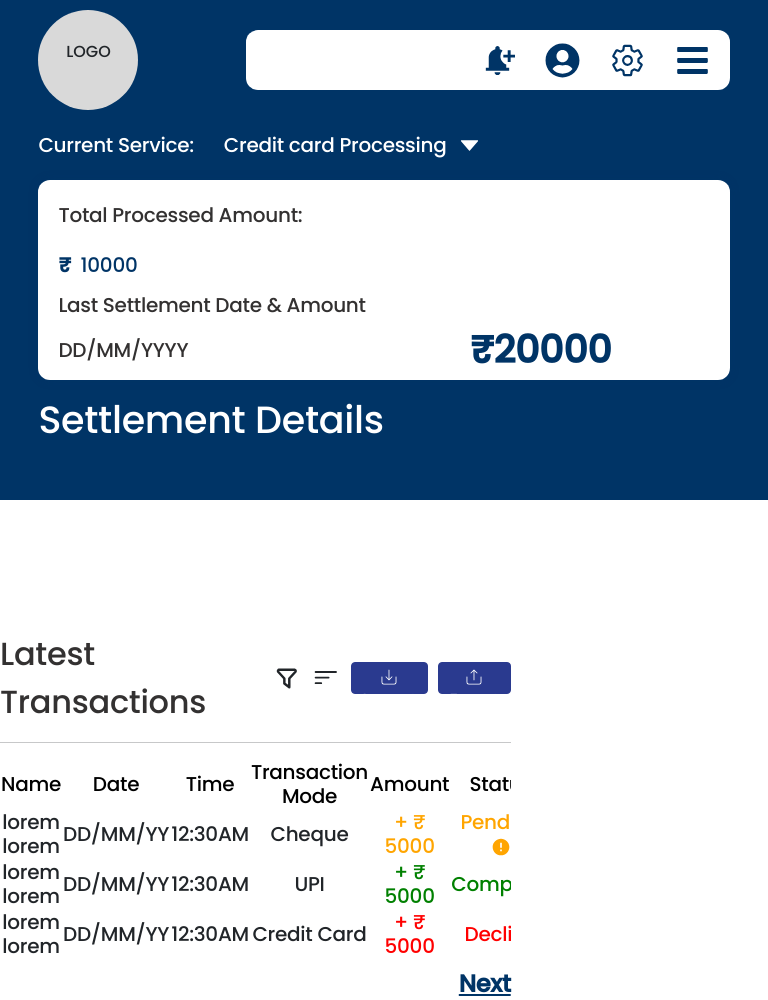
Repository: FlyweisReact/Prashant
Page: /dashboard
The author's editor kept a copy of each file at every save. The page is drawn from the files as they stood at one save, then again after the next save.
The browser window is 768 px wide. The pictures show the whole page.
Some web libraries are served in a nearby version. The project was rebuilt for these pictures with package versions that can differ from the ones it lists, and the page was loaded fresh each time. Also part of the build but not shown: src/Pages/CryptoPayment.jsx, src/Pages/CurrentCharge.jsx, src/Styles/Login.module.css, src/Components/Login/LoginFirstSection.jsx, src/Components/Login/LoginMainSection.jsx, src/Pages/Login.jsx, src/Pages/MatureFund.jsx, src/Pages/OpenBanking.jsx and 12 more.

Above is the page before, as saved 2023-03-23 18:37:46.

### public/index.html
<!DOCTYPE html>
<html lang="en">
  <head>
    <meta charset="utf-8" />
    <link rel="icon" href="%PUBLIC_URL%/favicon.ico" />
    <meta name="viewport" content="width=device-width, initial-scale=1" />
    <meta name="theme-color" content="#000000" />
    <meta
      name="description"
      content="Web site created using create-react-app"
    />
    <link rel="apple-touch-icon" href="%PUBLIC_URL%/logo192.png" />
    <link rel="manifest" href="%PUBLIC_URL%/manifest.json" />
    <title>React App</title>
  </head>
  <body>
    <noscript>You need to enable JavaScript to run this app.</noscript>
    <div id="root"></div>
  </body>
  <style>
    @import url("https://fonts.googleapis.com/css2?family=Lilita+One&family=PT+Sans&family=Poppins:wght@500&display=swap");
  </style>
  <script src="https://kit.fontawesome.com/b533b351e4.js" crossorigin="anonymous"></script>
</html>

### src/Routes/AllRoutes.jsx
import React from "react";
import { Route, Routes } from "react-router-dom";
import { CryptoPayment } from "../Pages/CryptoPayment";
import { CurrentCharge } from "../Pages/CurrentCharge";
import { Dashboard } from "../Pages/Dashboard";
import { Login } from "../Pages/Login";
import { MatureFund } from "../Pages/MatureFund";
import { OpenBanking } from "../Pages/OpenBanking";
import { OtpPage } from "../Pages/OtpPage";
import { Profile } from "../Pages/Profile";
import { RefundRequest } from "../Pages/RefundRequest";
import { Register } from "../Pages/Register";
import { RegisterTwo } from "../Pages/RegisterTwo";
import { RollingReserve } from "../Pages/RollingReserve";

export const AllRoutes = () => {
  return (
    <Routes>
      <Route path="/" element={<Login />} />
      <Route path="/verify-otp" element={<OtpPage />} />
      <Route path="/dashboard" element={<Dashboard />} />
      <Route path="/register" element={<Register />} />
      <Route path="/detail-register" element={<RegisterTwo />} />
      <Route path="/profile" element={<Profile />} />
      <Route path="/rolling-reserve" element={<RollingReserve />} />
      <Route path="/mature-fund" element={<MatureFund />} />
      <Route path="/refund-request" element={<RefundRequest />} />
      <Route path="/current-charge" element={<CurrentCharge />} />
      <Route path="open-banking-service" element={<OpenBanking />} />
      <Route path="/crypto-payment-proccessing" element={<CryptoPayment />} />
    </Routes>
  );
};

### src/Components/SideBar.jsx
import React from "react";
import { AiFillHome } from "react-icons/ai";
import { Link, useLocation } from "react-router-dom";
import styles from "../Styles/SideBar.module.css";
export const SideBar = () => {
  const { pathname } = useLocation();
  return (
    <div className={styles.SideBarMain}>
      <h1>Welcome Back</h1>
      <div>
        <div>
          <img
            src="https://th.bing.com/th/id/OIP.2i5UaEHaQM3PYAYXQyM1AAAAAA?pid=ImgDet&rs=1"
            alt="img"
          />
          <h1>Pooja Sharma</h1>
          <p>ID:#202031232</p>
          <div className={styles.TotalBudgetDiv}>
            <h1>&#x20b9;</h1>
            <h1>10000</h1>
          </div>
          <p>Monthly Budget</p>
        </div>
      </div>
      <div className={styles.LinkBox}>
        <Link to={"/dashboard"}>
          <div
            className={
              pathname === "/dashboard" ? styles.active : styles.unactive
            }
          >
            <AiFillHome size={25} />
            <p>Dashboard</p>
          </div>
        </Link>
        <Link to={"/rolling-reserve"}>
          <div
            className={
              pathname === "/rolling-reserve" ? styles.active : styles.unactive
            }
          >
            <p>Rolling Reserve</p>
          </div>
        </Link>
        <Link to={"/mature-fund"}>
          <div
            className={
              pathname === "/mature-fund" ? styles.active : styles.unactive
            }
          >
            <p>Mature Funds</p>
          </div>
        </Link>
        <Link to={"/refund-request"}>
          <div
            className={
              pathname === "/refund-request" ? styles.active : styles.unactive
            }
          >
            <p>Refund Request</p>
          </div>
        </Link>
        <Link to={"/current-charge"}>
          <div
            className={
              pathname === "/current-charge" ? styles.active : styles.unactive
            }
          >
            <p>Current Charge Back</p>
          </div>
        </Link>
      </div>
    </div>
  );
};

### src/Components/TotalAmountSection.jsx
import React from "react";
import styles from "../Styles/TotalAmountSection.module.css";
export const TotalAmountSection = () => {
  return (
    <div className={styles.MainDiv}>
      <h1>Total Processed Amount:</h1>
      <div className={styles.TotalBudgetDiv}>
        <h1>&#x20b9;</h1>
        <h1>10000</h1>
      </div>
      <h1>Last Settlement Date & Amount</h1>
      <div className={styles.DateSection}>
        <div>
          <p>DD/MM/YYYY</p>
          <h2>&#x20b9;{20000}</h2>
        </div>
      </div>
    </div>
  );
};

### src/Styles/Dashboard.module.css
/** @format */

.Main {
  width: 100%;
  height: 685px;
  background: #003466;
  position: relative;
}
.topDiv {
  width: 90%;
  margin: auto;
}
.logoSection {
  width: 100%;
  display: flex;
  align-items: center;
  justify-content: space-between;
}
.Logo {
  display: flex;
  cursor: pointer;
  justify-content: center;
  align-items: center;
  width: 135px;
  height: 135px;
  margin-top: 63px;
  background: #d9d9d9;
  border-radius: 50%;
}

.InfoPanel {
  margin-top: 63px;
  width: 85%;
  height: 129px;
  background: #ffffff;
  border-radius: 12px;
  display: flex;
  justify-content: flex-end;
  align-items: center;
}
.InfoPanel > div {
  display: flex;
  gap: 30px;
  margin: 20px;
}
.TotalAmountMainDiv {
  width: 100%;
  height: 500px;
  display: flex;
  justify-content: flex-end;
}
.TotalAmountMainDiv > div > p {
  font-family: "Poppins";
  font-style: normal;
  font-weight: 500;
  font-size: 38px;
  line-height: 60px;
  /* identical to box height */
  margin-top: 10px;
  letter-spacing: -0.28px;
  color: #ffffff;
}
.TotalAmountMainDiv > div {
  width: 72%;
  margin-top: 50px;
}
.TotalAmountMainDiv > div > div > p,
.TotalAmountMainDiv > div > div > div > p {
  font-family: "Poppins";
  font-style: normal;
  font-weight: 500;
  font-size: 32px;
  line-height: 48px;
  /* identical to box height */
  margin: 0;
  letter-spacing: -0.28px;

  color: #ffffff;
}
.TotalAmountMainDiv > div > div {
  display: flex;
  gap: 30px;
}
.TotalAmountMainDiv > div > div > div {
  display: flex;
  align-items: center;
  gap: 10px;
}
.TableMainSection {
  display: flex;
  justify-content: flex-end;
}
.TableMainSection > div {
  width: 70%;
}
.TableMainSection > div > div {
  width: 95%;
}
.TableTitle {
  display: flex;
  align-items: center;
  justify-content: space-between;
}
.TableTitle > h1 {
  font-family: "Poppins";
  font-style: normal;
  font-weight: 500;
  font-size: 32px;
  line-height: 48px;
  /* identical to box height */
  margin: 0;
  letter-spacing: -0.28px;

  color: #333131;
}
.TableTitle > div {
  display: flex;
  align-items: center;
  gap: 10px;
}
.TableTitle > div > button {
  /* width: 80px; */
  height: 32px;
  background: #2a3a8f;
  border: 1px solid #2a3a8f;
  border-radius: 4px;
  color: white;
  font-family: "Poppins";
  font-style: normal;
  font-weight: 400;
  font-size: 16px;
  cursor: pointer;
  line-height: 24px;
  /* margin: 0; */
}
.TableDiv {
  width: 100%;
}
.TableDiv > table {
  width: 100%;
}
.TableDiv > table tr th {
  text-align: center;

  font-family: "Poppins";
  font-style: normal;
  font-weight: 500;
  font-size: 20px;
  line-height: 24px;
  letter-spacing: -0.28px;

  color: #000000;
}
.TableDiv > table tr td {
  height: 40px;
  text-align: center;
  font-family: "Poppins";
  font-style: normal;
  font-weight: 400;
  font-size: 20px;
  line-height: 24px;
  letter-spacing: -0.28px;

  /* color: #272727; */
}
.pending {
  color: orange;
}
.decline {
  color: red;
}
.complate {
  color: green;
}
.NextLink {
  display: flex;
  justify-content: flex-end;
}
.NextLink > a {
  font-family: "Poppins";
  font-style: normal;
  font-weight: 600;
  font-size: 24px;
  line-height: 30px;
  /* identical to box height */
  margin-top: 10px;
  letter-spacing: -0.28px;
  text-decoration-line: underline;

  color: #003466;
}


@media (max-width: 780px) {
  .Logo {
    width: 100px;
    height: 100px;
    margin-top: 10px;
  }
  .InfoPanel{
    margin-top: 10px;
    width: 70%;
    height: 60px;
  }
  .TotalAmountMainDiv{
    display: block;
  }
  .TotalAmountMainDiv > div {
    width: 100%;
    margin-top: 20px;
  }
  .TotalAmountMainDiv > div > div > p,
.TotalAmountMainDiv > div > div > div > p{
  font-size: 20px;
  line-height: normal;
}
.Main{
  height: 500px;
}
.TableMainSection{
display: block ;
}

.TableDiv{
  max-width: 700px;
  overflow: hidden;
}
}

### src/Components/CardProccessingModal.jsx
import React from "react";
import { MdOutlineClose } from "react-icons/md";
import { Link } from "react-router-dom";
import styles from "../Styles/CardProccessingModal.module.css";
export const CardProccessingModal = ({ OpenModal, HandleModal }) => {
  console.log(OpenModal);
  return (
    <div className={OpenModal ? styles.modalVisible : styles.modal}>
      <div className={styles.ModalMainDiv}>
        <MdOutlineClose
          onClick={() => HandleModal()}
          size={25}
          className={styles.CloseICon}
        />
        <div>
          <Link to={""}>Credit Card Processing</Link>
          <hr />
          <Link to={"/open-banking-service"}>Open Banking Service</Link>
          <hr />
          <Link to={"/crypto-payment-proccessing"}>
            Crypto payment processing
          </Link>
        </div>
      </div>
    </div>
  );
};

### src/Components/DeclineModal.jsx
import React from "react";
import { MdOutlineClose } from "react-icons/md";
import styles from "../Styles/DeclineModal.module.css";
import { IoMdCheckmarkCircle } from "react-icons/io";
import { RiErrorWarningFill } from "react-icons/ri";
import { BsCircleFill } from "react-icons/bs";
export const DeclineModal = ({ OpenModal, HandleModal }) => {
  return (
    <div className={OpenModal ? styles.modalVisible : styles.modal}>
      <div className={styles.ModalMainDiv}>
        <MdOutlineClose
          onClick={() => HandleModal()}
          size={25}
          className={styles.CloseICon}
        />
        <div>
          <h1>Payment Details</h1>
          <hr style={{ height: "4px", background: "white" }} />
          <div className={styles.paymentDetailMainDiv}>
            <div className={styles.PaymentDetails}>
              <div>
                <p>Transaction ID:</p>
                <p>545454545</p>
              </div>
              <div>
                <p>To:</p>
                <p>Loren loren Epsom ( Company Name)</p>
              </div>
              <div>
                <p>From:</p>
                <p>Loren loren Epsom (Merchant Company)</p>
              </div>
              <div>
                <p>Transaction Mode:</p>
                <p>Card</p>
              </div>
            </div>
            <div className={styles.paymentTimeline}>
              <p>Payment Timeline</p>
              <div>
                <div className={styles.VerticalLine}></div>
                <div className={styles.PaymentStatus}>
                  <IoMdCheckmarkCircle
                    size={25}
                    className={styles.Icons}
                    color="green"
                  />
                  <p>Payment Started</p>
                </div>
                <div className={styles.PaymentStatus}>
                  <RiErrorWarningFill
                    size={25}
                    className={styles.Icons}
                    color="red"
                  />
                  <p>Payment Failed To complete</p>
                </div>
                <div className={styles.PaymentStatus}>
                  <BsCircleFill
                    size={25}
                    className={styles.Icons}
                    color="white"
                  />
                  <p>Payment Successful</p>
                </div>
              </div>
              <hr />
              <div className={styles.ReasonsDiv}>
                <p>Reason:</p>
                <p> Account Coded (Credit Rating) </p>
              </div>
              <div className={styles.ReasonsDiv}>
                <p>Code:</p>
                <p> 505 </p>
              </div>
              <div className={styles.ReasonsDiv}>
                <p>Description:</p>
                <p>
                  {" "}
                  The account the customer used for the attempted transaction
                  has a negative credit rating.{" "}
                </p>
              </div>
            </div>
          </div>
        </div>
      </div>
    </div>
  );
};

### src/Styles/SideBar.module.css
.SideBarMain{
    position: absolute;
    width: 314px;
/* height: 789px; */
left: 25%px;
top: 35%;
background: #FFFFFF;
border: 1px solid #D9D9D9;
box-shadow: 0px 0px 4px rgba(0, 0, 0, 0.25);
border-radius: 12px;
padding: 10px;
}
.SideBarMain>h1{
    text-align: center;
    font-family: 'Poppins';
font-style: normal;
font-weight: 700;
font-size: 32px;
margin-top: 5px;
letter-spacing: -0.28px;
}
.SideBarMain>div{
    width: 100%;
    display: flex;
    align-items: center;
    justify-content: center;
}
.SideBarMain>div>div{
    text-align: center;
}
.SideBarMain>div>div>img{
    width: 120px;
height: 121px;
    border-radius: 50%;
}
.SideBarMain>div>div>h1{
    font-family: 'Poppins';
font-style: normal;
font-weight: 500;
font-size: 24px;
letter-spacing: -0.28px;
}
.SideBarMain>div>div>p{
    font-family: 'Poppins';
font-style: normal;
margin-top: -10px;
font-weight: 300;
font-size: 20px;
line-height: 30px;
letter-spacing: -0.28px;
color: rgba(0, 0, 0, 0.5);
}
.TotalBudgetDiv{
    display: flex;
    align-items: center;
    gap: 20px;
    margin: 15px;
}
.TotalBudgetDiv>h1:first-child{
    font-family: 'Poppins';
font-style: normal;
font-weight: 700;
font-size: 48px;
line-height: 72px;
letter-spacing: -0.28px;
}
.TotalBudgetDiv>h1{
    font-family: 'Poppins';
    font-style: normal;
    font-weight: 500;
    font-size: 48px;
    line-height: 72px;
    margin: 0;
    letter-spacing: -0.28px;
}
.LinkBox{
    display: flex;
    flex-direction: column;
    margin-top: 20px;
}
.LinkBox>a{
    text-decoration: none;
}
.active{
    width: 250px;
    height: 65px;
    padding-left: 10px;
    padding-right: 10px;
    background: #003466;
    box-shadow: 0px 0px 32px 4px rgba(0, 52, 102, 0.25);
    border-radius: 12px;
    display: flex;
    color: white;
    justify-content: center;
    align-items: center;
    gap: 5px;

}
.unactive{
    width: 250px;
    height: 65px;
    display: flex;

    color:#003466;
    justify-content: center;
    align-items: center;
    gap: 5px;
}
.unactive,.active >p{
    font-family: 'Poppins';
font-style: normal;
font-weight: 500;
font-size: 24px;
line-height: 36px;
letter-spacing: -0.28px;
}

@media (max-width:780px) {
    .SideBarMain{
        display: none;
    }

}

### src/Styles/TotalAmountSection.module.css
.MainDiv{
    display:flex;
    flex-direction: column;
    margin-top: 20px;
    width: 72%;
height: 286px;
background: #FFFFFF;
box-shadow: 0px 0px 10px rgba(0, 52, 102, 0.3);
border-radius: 12px;
}
.MainDiv>h1{
    font-family: 'Poppins';
    font-style: normal;
    font-weight: 500;
    font-size: 32px;
    line-height: 48px;
    letter-spacing: -0.28px;
    color: #333131;
    margin: 20px;
}
.TotalBudgetDiv{
    display: flex;
    align-items: center;
    gap: 30px;
    margin-left: 20px;
  margin-top: -30px;
  margin-bottom: -40px;
}
.TotalBudgetDiv>h1:first-child{
    font-family: 'Poppins';
font-style: normal;
font-weight: 700;
margin: 0;
font-size: 50px;
line-height: 72px;
letter-spacing: -0.28px;
color: #003466;
}
.TotalBudgetDiv>h1{
    font-family: 'Poppins';
    font-style: normal;
    font-weight: 500;
    font-size: 48px;
    line-height: 72px;
    margin: 0;
    letter-spacing: -0.28px;
    color: #003466;
}
.DateSection>div{
    width: 80%;
    margin-top: -50px;
    /* background-color: rebeccapurple; */
    display: flex;
    justify-content: space-between;
    align-items: center;
    margin-left: 20px;
}
.DateSection>div>p{
   font-family: 'Poppins';
font-style: normal;
font-weight: 500;
font-size: 38px;
line-height: 60px;
/* identical to box height */
margin: 0;
letter-spacing: -0.28px;
color: #333131;
}
.DateSection>div>h2{
    margin: 0;
    font-family: 'Poppins';
font-style: normal;
font-weight: 600;
font-size: 38px;
line-height: 60px;
letter-spacing: -0.28px;
color: #003466;
}

@media (max-width : 780px) {
    .MainDiv{
        width: 100%;
        height: 200px;
    }
    .MainDiv>h1{
        font-size: 20px;
        line-height: normal;
    }
    .TotalBudgetDiv>h1:first-child{
        font-size: 20px;
        line-height: normal;
    }
    .TotalBudgetDiv>h1{
        font-size: 20px;
        line-height: normal;
    }
    .DateSection>div>p{
        font-size: 20px;
    }

}

### src/Styles/CardProccessingModal.module.css
.modal{
    display: none;
  position: fixed;
  z-index: 1;
  left: 0%;
  top: 0;
  width: 100%;
  height: 100%;
  overflow: auto;
  background-color: rgb(0,0,0);
  background-color: rgba(0,0,0,0.4);
}
.modalVisible{
    display :block;
    position: fixed;
    z-index: 1;
    left: 0%;
    top: 0;
    width: 100%;
    height: 100%;
    /* margin-bottom: 20px; */
    overflow: auto;
    background-color: rgb(0,0,0);
    background-color: rgba(0,0,0,0.4);
}
.CloseICon{
    position: absolute;
    right: 3%;
    top: 5%;
    cursor: pointer;
}
.MainTitle{
    display: flex;
    border: 1px solid blue;
}
.ModalMainDiv{
    position:absolute;
    margin: auto;
    /* width: 435px; */
height: 221px;
background: #FFFFFF;
border-radius: 4px;

    top: 38%;
    left: 60%;

}
.ModalMainDiv>div{
    margin: 30px;
}
.ModalMainDiv>div>a{
    text-decoration: none;
    height: 50px;
    font-family: 'Poppins';
font-style: normal;
font-weight: 500;
font-size: 32px;
line-height: 40px;
letter-spacing: -0.28px;

color: #333333;
}

### src/Styles/DeclineModal.module.css
.modal{
    display: none;
  position: fixed;
  z-index: 1;
  left: 0%;
  top: 0;
  width: 100%;
  height: 100%;
  overflow: auto;
  background-color: rgb(0,0,0);
  background-color: rgba(0,0,0,0.4);
}
.modalVisible{
    display :block;
    position: fixed;
    z-index: 1;
    left: 0%;
    top: 0;
    width: 100%;
    height: 100%;
    /* margin-bottom: 20px; */
    overflow: auto;
    background-color: rgb(0,0,0);
    background-color: rgba(0,0,0,0.4);
}
.CloseICon{
    position: absolute;
    right: 3%;
    top: 3%;
    cursor: pointer;
    color: white;
}
.MainTitle{
    display: flex;
    border: 1px solid blue;
}
.ModalMainDiv{
    position:absolute;
    margin: auto;
width: 980px;

left: 20%;
top: 8%;

background: #003466;


}
.ModalMainDiv>div{
    margin: 30px;
}
.ModalMainDiv>div>h1{
    font-family: 'Poppins';
    font-style: normal;
    font-weight: 600;
    font-size: 24px;
    line-height: 29px;
    letter-spacing: -0.28px;
    color: #FFFFFF;
}
.paymentDetailMainDiv{
    display: flex;
    gap: 20px;
    margin-top: 20px;
}
.paymentDetailMainDiv>div:first-child{
    width: 50%;
/* height: 426px; */
background: #FFFFFF;
border: 1px solid #D9D9D9;
box-shadow: 0px 0px 4px rgba(0, 0, 0, 0.25);
border-radius: 20px;
}
.paymentDetailMainDiv>div{
    width: 50%;
}

.PaymentDetails>div{
    margin:20px;
    margin-top: 0;
    margin-bottom: 30px;
}

.PaymentDetails>div>p{
    font-family: 'Poppins';
font-style: normal;
margin: 10;
font-weight: 500;
font-size: 20px;
line-height: 24px;
letter-spacing: -0.28px;
color: #003466;
}
.PaymentDetails>div>p:first-child{
    font-weight: 600;
}
.paymentTimeline>p{
    font-family: 'Poppins';
    font-style: normal;
    font-weight: 500;
    font-size: 20px;
    line-height: 24px;
    letter-spacing: -0.28px;
    margin: 0;
    color: #FFFFFF;
}
.paymentTimeline>div{
    position: relative;
}
.PaymentStatus{
    display: flex;
    align-items: center;
    gap: 20px;
}
.PaymentStatus>p{
    font-family: 'Poppins';
font-style: normal;
font-weight: 400;
font-size: 20px;
line-height: 24px;
letter-spacing: -0.28px;
margin-left: 40px;
color: #FFFFFF;
}
.VerticalLine{
    position: absolute;
    border-left:2px dotted white;
    left:3%;
    top: 18%;
    height:130px;
}
.Icons{
    position: absolute;
    left: 0;
}
.ReasonsDiv{
    display: flex;
    gap: 30px;
    margin: 10px;
}

.ReasonsDiv>p:first-child{
    width: 30%;
    font-family: 'Poppins';
    font-style: normal;
    font-weight: 500;
    font-size: 20px;
    line-height: 24px;
    letter-spacing: -0.28px;

    color: #FFFFFF;
    margin: 0;
}
.ReasonsDiv>p:last-child{
    width: 70%;
    font-family: 'Poppins';
    font-style: normal;
    font-weight: 400;
    font-size: 20px;
    line-height: 24px;
    letter-spacing: -0.28px;
    margin: 0;
    color: #FFFFFF;
}
.Note{
    margin-top: 20px;
    width: 128px;
    display: flex;
    justify-content: center;
    align-items: center;
height: 38px;
background: #FFFFFF;
border-radius: 19px;
font-family: 'Poppins';
font-style: normal;
font-weight: 600;
font-size: 24px;
line-height: 29px;
/* identical to box height */

letter-spacing: -0.28px;

color: #003466;

}
.NotesPara{
    width: 100%;
    font-family: 'Poppins';
font-style: normal;
font-weight: 500;
font-size: 19px;
line-height: 24px;
letter-spacing: -0.28px;
color: #FFFFFF;
}

Loaded but not shown: src/index.css (common file); src/reportWebVitals.js (common file); src/index.js (18 lines, source omitted); src/App.js (13 lines, source omitted); src/Components/Dashboard/UserInfoPopUp.jsx (216 lines, source omitted); src/Pages/Dashboard.jsx (184 lines, source omitted); src/App.css (328 lines, source omitted); src/Components/PaymentPendingModal.jsx (96 lines, source omitted); src/Styles/PaymentPendingModal.module.css (195 lines, source omitted)

After the next save:
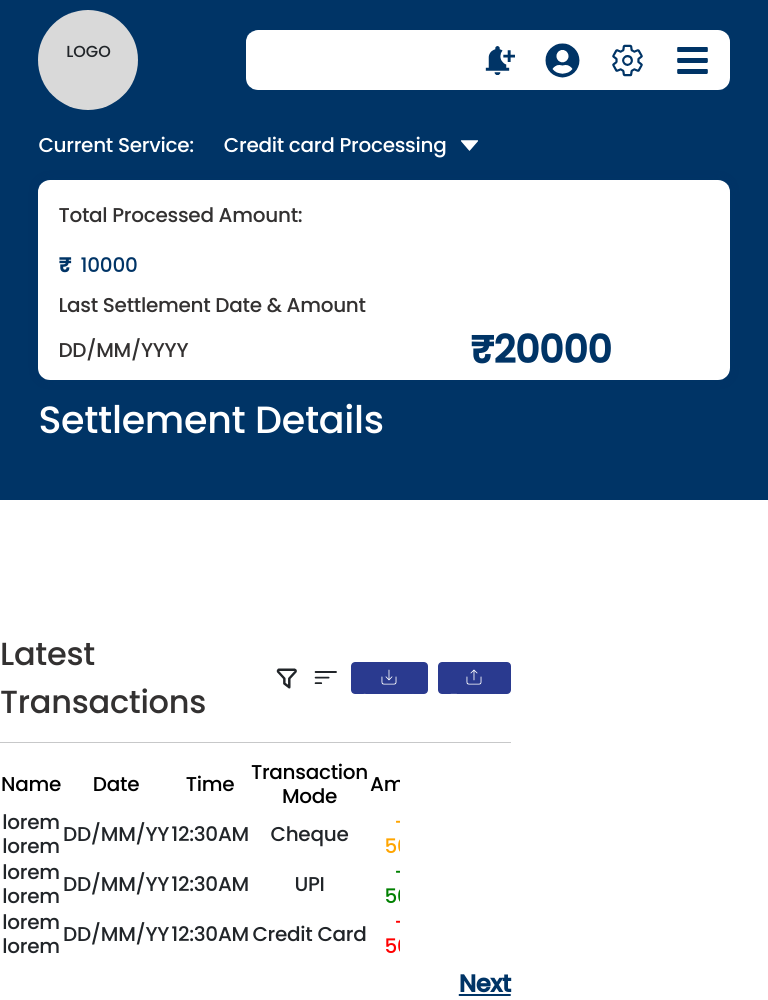
Saved 4 s later.
--- a/src/Styles/Dashboard.module.css
+++ b/src/Styles/Dashboard.module.css
@@ -222,7 +222,7 @@
 }
 
 .TableDiv{
-  max-width: 700px;
+  max-width: 400px;
   overflow: hidden;
 }
 }

After the save that followed:
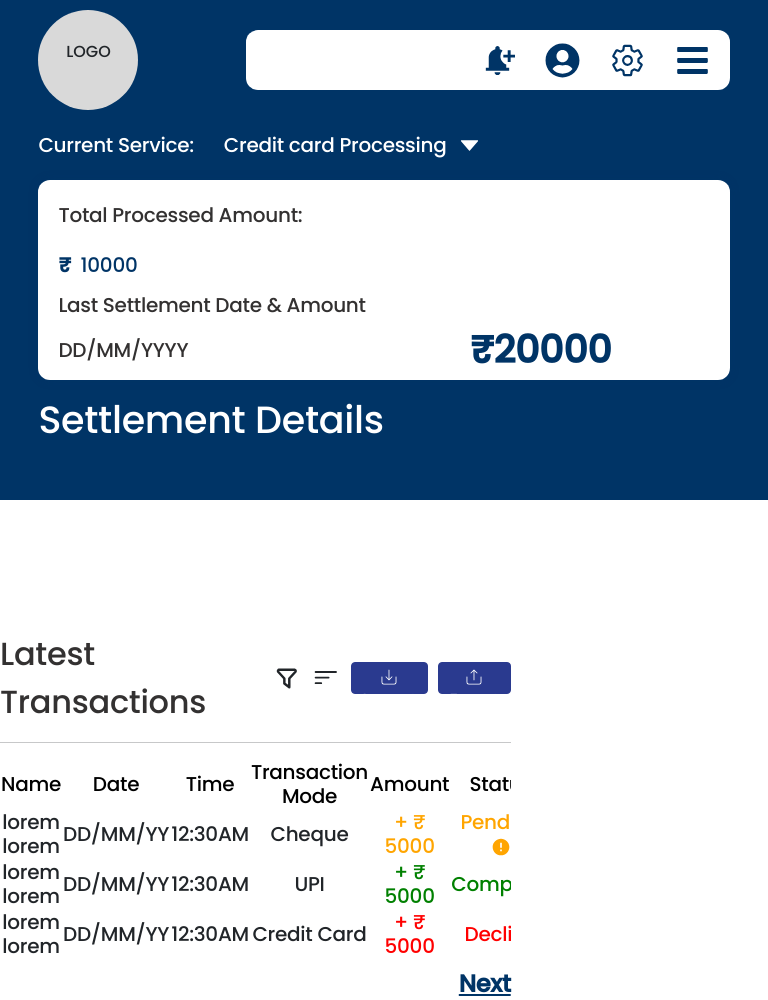
Saved 7 s later.
--- a/src/Styles/Dashboard.module.css
+++ b/src/Styles/Dashboard.module.css
@@ -222,7 +222,7 @@
 }
 
 .TableDiv{
-  max-width: 400px;
+  max-width: 100%;
   overflow: hidden;
 }
 }
